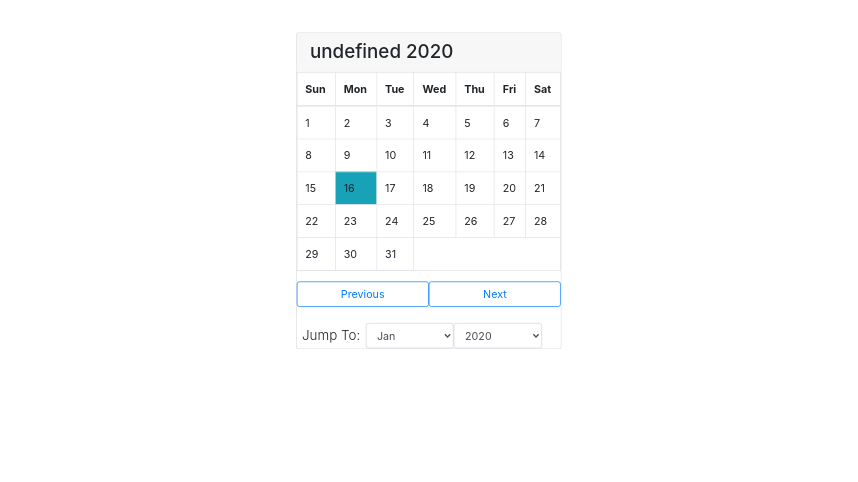
Repository: kkyler24/DayPlanner
Page: Index.html
These files come from the project's save history. The page is drawn as it stood at one moment and after the next save; the edit follows.
The browser window is 1280 px wide. The pictures show the whole page, at 67% of full size.
Some web libraries are served in a nearby version.

Above is the page before, as saved 2020-03-25 13:01:41.

After the next save:
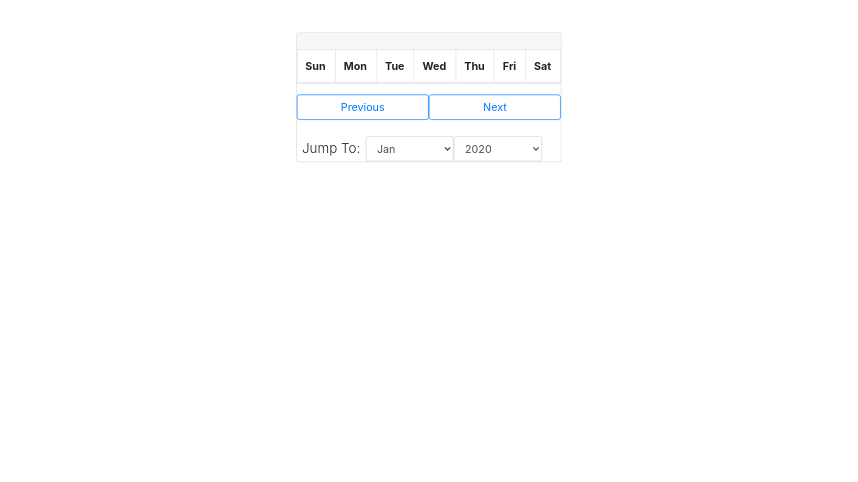
Console error: TypeError: Cannot set properties of null (setting 'innerHTML')
Saved 5 min 13 s later.
--- a/javascript.js
+++ b/javascript.js
@@ -1,80 +1,93 @@
-let today = new Date();
-let currentMonth = today.getMonth();
-let currentYear = today.getFullYear();
-let selectYear = document.getElementById("year");
-let selectMonth = document.getElementById("month");
+var months = ["Jan", "Feb", "Mar", "Apr", "May", "Jun", "Jul", "Aug", "Sep", "Oct", "Nov", "Dec"];
+var startYear = 2000;
+var endYear = 2020;
+var month = 0;
+var year = 0;
 
+function loadCalendarMonths() {
+    for (var i = 0; i < months.length; i++) {
+        var doc = document.createElement("div");
+        doc.innerHTML = months[i];
+        doc.classList.add("dropdown-item");
 
-let months = ["January", "February", "March", "April", "May", "June", "July", "August", "September", "October", "November", "December"];
+        doc.onclick = (function () {
+            var selectedMonth = i;
+            return function () {
+                month = selectedMonth;
+                document.getElementById("curMonth").innerHTML = months[month];
+                loadCalendarDays();
+                return month;
+            }
+        })();
 
-let monthAndYear = document.getElementById("monthAndYear");
-showCalendar(currentMonth, currentYear);
+        document.getElementById("months").appendChild(doc);
+    }
+}
 
-function showCalendar(month, year){
+function loadCalendarYears() {
+    document.getElementById("years").innerHTML = "";
 
-    let firstDay =(new Date(year, month)).getDay();
-    let daysInMonth = 32- new Date(year, month, 32).getDate();
+    for (var i = startYear; i <= endYear; i++) {
+        var doc = document.createElement("div");
+        doc.innerHTML = i;
+        doc.classList.add("dropdown-item");
 
-    // -->body of the Calendar<--
-    let tbl = document.getElementById("calendar-body");
+        doc.onclick = (function () {
+            var selectedYear = i;
+            return function () {
+                year = selectedYear;
+                document.getElementById("curYear").innerHTML = year;
+                loadCalendarDays();
+                return year;
+            }
+        })();
 
+        document.getElementById("years").appendChild(doc);
+    }
+}
 
-// -->clear previous cells, for new month<--
-    tbl.innerHTML="";
+function loadCalendarDays() {
+    document.getElementById("calendarDays").innerHTML = "";
 
-    monthAndYear.innerHTML= months[months]+" "+ year;
+    var tmpDate = new Date(year, month, 0);
+    var num = daysInMonth(month, year);
+    var dayofweek = tmpDate.getDay();       // find where to start calendar day of week
 
-    // --> create cells for Calendar<--
-    let date = 1;
-    for(let i = 0; i < 6; i++){
-        let row  = document.createElement("tr");
-        // --> creating table rows. not really sure about the 6 part. inquire why you need a 6 and not a 7-->
-
-        // creating indivdual cells, and putting data in them.
-
-        for(let j = 0; j < 7; j++){
-            if(i===0 && j< firstDay){
-                let cell = document.createElement("td");
-                let cellText = document.createTextNode("");
-                cell.appendChild(cellText);
-                row.appendChild(cell);
-            }
-            else if(date > daysInMonth)
-             { break;
-
-        }
-        else {
-            let cell = document.createElement("td");
-            let cellText = document.createTextNode(date);
-            if(date ===today.getDate() && year === today.getFullYear() && month === today.getMonth()){
-                cell.classList.add
-                // --> bootstrap colors, try to get a wider variety of colors <--
-                ("bg-info");
-            }
-            cell.appendChild(cellText);
-            row.appendChild(cell);
-
-
-        }
-        date++;
-
-        }
-
-        tbl.appendChild(row);
-
+    for (var i = 0; i <= dayofweek; i++) {
+        var d = document.createElement("div");
+        d.classList.add("day");
+        d.classList.add("blank");
+        document.getElementById("calendarDays").appendChild(d);
     }
 
+    for (var i = 0; i < num; i++) {
+        var tmp = i + 1;
+        var d = document.createElement("div");
+        d.id = "calendarday_" + i;
+        d.className = "day";
+        d.innerHTML = tmp;
+
+        document.getElementById("calendarDays").appendChild(d);
+    }
+
+    var clear = document.createElement("div");
+    clear.className = "clear";
+    document.getElementById("calendarDays").appendChild(clear);
 }
 
-function previous(){
-    currentYear =( currentMonth === 0)? currentYear -1 : currentYear;
-    currentMonth = currentMonth === 0? 11:currentMonth-1;
-    showCalendar(currentMonth, currentYear);
+function daysInMonth(month, year)
+{
+    var d = new Date(year, month+1, 0);
+    return d.getDate();
 }
 
-function next(){
-    currentYear = (currentMonth ===11)? currentYear + 1: currentYear;
-    currentMonth = (currentMonth + 1) % 12;
-    showCalendar (currentMonth, currentYear);
-
-}
+window.addEventListener('load', function () {
+    var date = new Date();
+    month = date.getMonth();
+    year = date.getFullYear();
+    document.getElementById("curMonth").innerHTML = months[month];
+    document.getElementById("curYear").innerHTML = year;
+    loadCalendarMonths();
+    loadCalendarYears();
+    loadCalendarDays();
+});

After the save that followed:
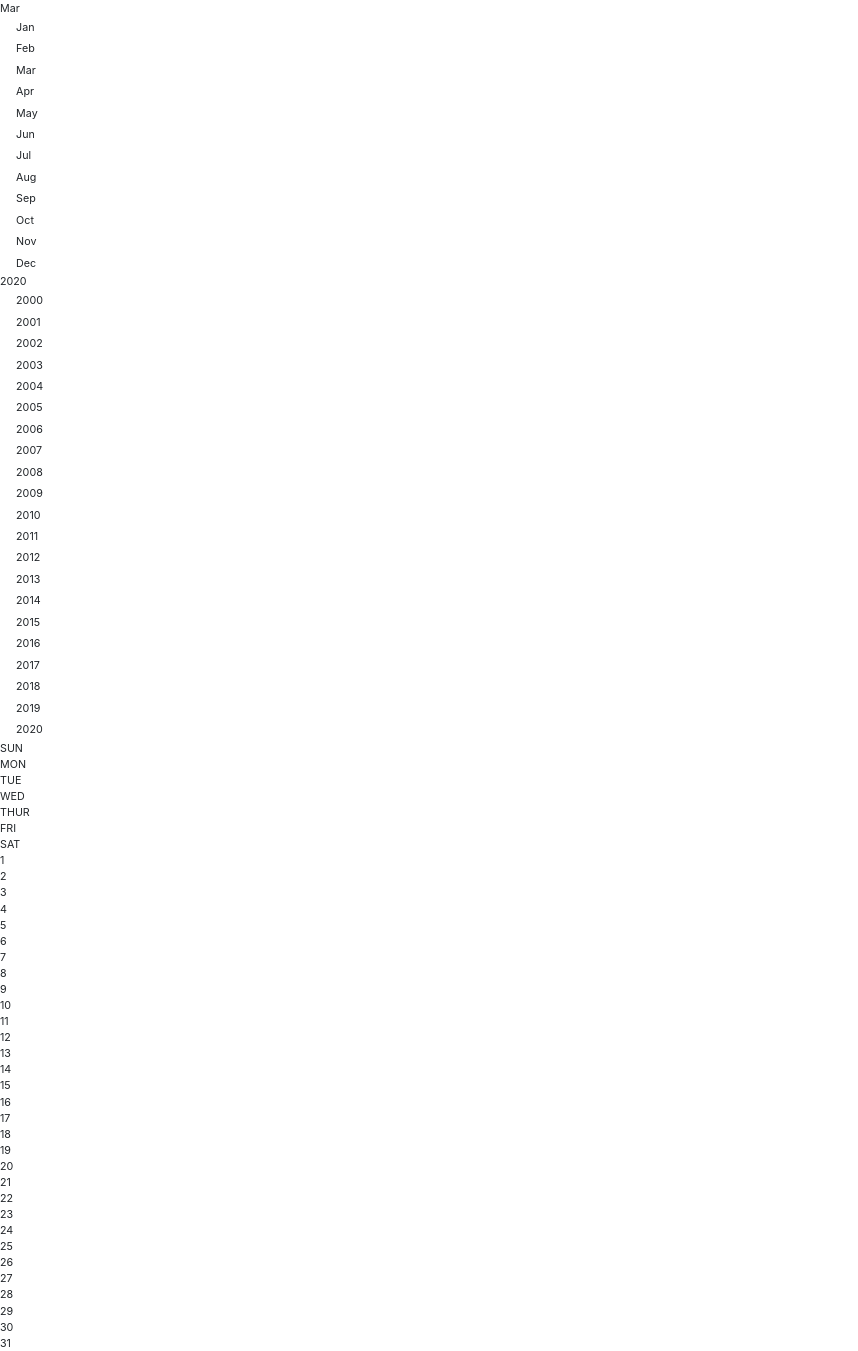
The error is gone.
Saved 62 s later.
--- a/Index.html
+++ b/Index.html
@@ -11,72 +11,38 @@
 <body>
 <Main>
 <Section>
-    <div class="container col-sm-4 col-md-7 col-lg-4 mt-5">
-        <div class="card">
-            <h3 class="card-header" id="monthAndYear"></h3>
-            <table class="table table-bordered table-responsive-md" id="calendar">
-                <thead>
-                <tr>
-                    <th>Sun</th>
-                    <th>Mon</th>
-                    <th>Tue</th>
-                    <th>Wed</th>
-                    <th>Thu</th>
-                    <th>Fri</th>
-                    <th>Sat</th>
-                </tr>
-                </thead>
+    <div class="calendar" id="calendar">
+        <div class="calendar-btn month-btn" onclick="$('#months').toggle('fast')">
+            <span id="curMonth"></span>
+            <div id="months" class="months dropdown"></div>
+        </div>
 
-                <tbody id="calendar-body">
+        <div class="calendar-btn year-btn" onclick="$('#years').toggle('fast')">
+            <span id="curYear"></span>
+            <div id="years" class="years dropdown"></div>
+        </div>
 
-                </tbody>
-            </table>
+        <div class="clear"></div>
 
-            <div class="form-inline">
+        <div class="calendar-dates">
+            <div class="days">
+                <div class="day label">SUN</div>
+                <div class="day label">MON</div>
+                <div class="day label">TUE</div>
+                <div class="day label">WED</div>
+                <div class="day label">THUR</div>
+                <div class="day label">FRI</div>
+                <div class="day label">SAT</div>
 
-                <button class="btn btn-outline-primary col-sm-6" id="previous" onclick="previous()">Previous</button>
+                <div class="clear"></div>
+            </div>
 
-                <button class="btn btn-outline-primary col-sm-6" id="next" onclick="next()">Next</button>
+            <div id="calendarDays" class="days">
             </div>
-            <br/>
-            <form class="form-inline">
-                <label class="lead mr-2 ml-2" for="month">Jump To: </label>
-                <select class="form-control col-sm-4" name="month" id="month" onchange="jump()">
-                    <option value=0>Jan</option>
-                    <option value=1>Feb</option>
-                    <option value=2>Mar</option>
-                    <option value=3>Apr</option>
-                    <option value=4>May</option>
-                    <option value=5>Jun</option>
-                    <option value=6>Jul</option>
-                    <option value=7>Aug</option>
-                    <option value=8>Sep</option>
-                    <option value=9>Oct</option>
-                    <option value=10>Nov</option>
-                    <option value=11>Dec</option>
-                </select>
+        </div>
+    </div>
 
 
-                <label for="year"></label><select class="form-control col-sm-4" name="year" id="year" onchange="jump()">
-
-                <option value=2020>2020</option>
-                <option value=2021>2021</option>
-                <option value=2022>2022</option>
-                <option value=2023>2023</option>
-                <option value=2024>2024</option>
-                <option value=2025>2025</option>
-                <option value=2026>2026</option>
-                <option value=2027>2027</option>
-                <option value=2028>2028</option>
-                <option value=2029>2029</option>
-                <option value=2030>2030</option>
-                <option value=2030>2030</option>
-                <option value=2030>2030</option>
-                <option value=2030>2030</option>
-                <option value=2030>2030</option>
-            </select></form>
-        </div>
-    </div>
     <!--<button name="jump" onclick="jump()">Go</button>-->
 
 </Section>
